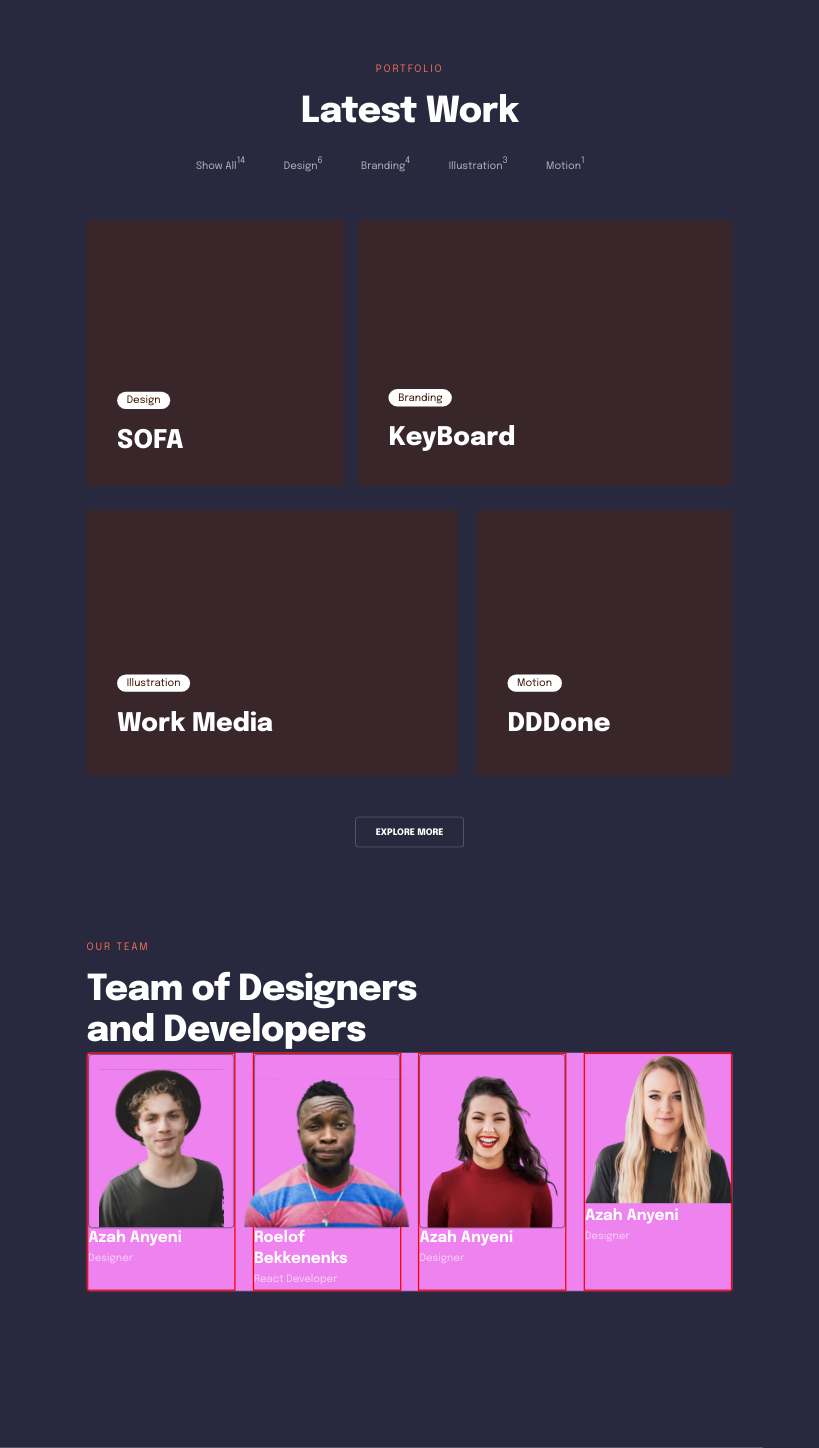
Repository: FidanXankishiyeva/figma-positions-task
Page: index.html
These files come from the project's save history. The page is drawn as it stood at one moment and after the next save; the edit follows.
The browser window is 1280 px wide. The pictures show the whole page, at 64% of full size.

Above is the page before, as saved 2023-08-10 13:48:32.

### index.html
<!DOCTYPE html>
<html lang="en">

<head>
    <meta charset="UTF-8">
    <meta name="viewport" content="width=device-width, initial-scale=1.0">
    <title>Document</title>
    <link rel="stylesheet" href="index.css">
</head>

<body>
    <div class="container">
        <div class="page-1">
            <div class="text-box">
                <h1>Portfolio</h1>
                <h2>Latest Work</h2>
            </div>
            <nav class="position-box">
                <ul>
                    <li>
                        <h1>Show All</h1>
                        <p>14</p>
                    </li>
                    <li>
                        <h1>Design</h1>
                        <p>6</p>
                    </li>
                    <li>
                        <h1>Branding</h1>
                        <p>4</p>
                    </li>
                    <li>
                        <h1>Illustration</h1>
                        <p>3</p>
                    </li>
                    <li>
                        <h1>Motion</h1>
                        <p>1</p>
                    </li>
                </ul>
            </nav>
            <div class="photo-box">
                <div class="sofa-box">
                    <img src="./photo/sofa.svg" alt="">
                    <div class="design-box">
                        <a href="#">Design</a>
                        <p>SOFA</p>

                    </div>
                </div>
                <div class="keyboard-box">
                    <img src="./photo/keyboard.svg" alt="">
                    <div class="branding-box">
                        <a href="#">Branding</a>
                        <p>KeyBoard</p>
                    </div>
                </div>
            </div>

            <div class="photo-box-2">
                <div class="work-media">
                    <img src="./photo/Work-Media.svg" alt="">
                    <div class="illustration-box">
                        <a href="#">Illustration</a>
                        <p>Work Media</p>
                    </div>
                </div>
                <div class="done-box">
                    <img src="./photo/done.svg" alt="">
                    <div class="motion-box">
                        <a href="#">Motion</a>
                        <p>DDDone</p>
                    </div>
                </div>
            </div>
            <button>
                Explore more
            </button>
        </div>
        <div class="page-2">
            <div class="text-box-2">
                <h3 >Our Team</h3>
                <h4>Team of Designers
                    and Developers</h4>
            </div>
            <div class="team-person">
                <ul>
                    <li>
                        <div>
                            <img src="./photo/azah.svg" alt="">
                        </div>
                        <h5>Azah Anyeni</h5>
                        <h6>Designer</h6>
                    </li>
                    <li>
                        <div>
                            <img src="./photo/roelof.svg" alt="">

                        </div>
                        <h5>Roelof Bekkenenks</h5>
                        <h6>React Developer</h6>
                    </li>
                    <li>
                        <div>
                            <img src="./photo/Bitmap.png" alt="">
                        </div>
                        <h5>Azah Anyeni</h5>
                        <h6>Designer</h6>
                    </li>
                    <li>
                        <img src="./photo/Bitmap (1).png" alt="">
                        <h5>Azah Anyeni</h5>
                        <h6>Designer</h6>
                    </li>
                </ul>
            </div>
        </div>
    </div>

</body>

</html>

### index.css
@import url("https://fonts.googleapis.com/css2?family=Epilogue:wght@400;700;800&display=swap");
* {
  margin: 0;
  padding: 0;
  box-sizing: border-box;
}

.container {
  width: 100%;
  background-color: #28293e;
}

.page-1 {
  padding: 92px 135px 0 135px;
}
.text-box h1 {
  margin-bottom: 20px;
  color: var(--text-light-accent, #ef6d58);
  text-align: center;
  font-feature-settings: "clig" off, "liga" off;
  font-family: Epilogue;
  font-size: 16px;
  font-style: normal;
  font-weight: 400;
  line-height: 32px;
  letter-spacing: 3px;
  text-transform: uppercase;
}

.text-box h2 {
  margin-bottom: 36px;
  color: var(--text-light, #fff);
  text-align: center;
  font-feature-settings: "clig" off, "liga" off;
  font-family: Epilogue;
  font-size: 56px;
  font-style: normal;
  font-weight: 800;
  line-height: 64px;
  letter-spacing: -1px;
}

.position-box ul {
  display: flex;
  justify-content: center;
}

.position-box ul li {
  list-style-type: none;
  margin-right: 60px;
  display: flex;
}

.position-box ul li h1 {
  color: var(--text-light-gray, rgba(255, 255, 255, 0.64));
  font-feature-settings: "clig" off, "liga" off;
  font-family: Epilogue;
  font-size: 16px;
  font-style: normal;
  font-weight: 400;
  line-height: 32px;
}

.position-box ul li p {
  color: var(--text-light-gray, rgba(255, 255, 255, 0.64));
  text-align: center;
  font-feature-settings: "clig" off, "liga" off;
  font-family: Epilogue;
  font-size: 14px;
  font-style: normal;
  font-weight: 400;
}

.photo-box {
  display: flex;
  justify-content: space-between;
  margin-top: 68px;
}

.sofa-box {
  width: 40%;
  position: relative;
}

.design-box {
  position: absolute;
  bottom: 51px;
  left: 48px;
  /* top: 50%;
    left: 50%;
    transform: translate(-50%, -50%); */
}

.sofa-box img {
  width: 100%;
  height: 416px;
  margin-right: 30px;
  border-radius: 6px;
  opacity: 0.3181;
  background: #5c2000;
}

.photo-box a {
  width: 84px;
  height: 38px;
  padding: 5px 15px;
  text-decoration: none;
  border-radius: 19px;
  background: #fff;
  color: var(--text-dark, #391400);
  font-feature-settings: "clig" off, "liga" off;
  font-family: Epilogue;
  font-size: 16px;
  font-style: normal;
  font-weight: 400;
  line-height: 32px;
}

.photo-box p {
  margin-top: 23px;
  color: var(--text-light, #fff);
  font-feature-settings: "clig" off, "liga" off;
  font-family: Epilogue;
  font-size: 40px;
  font-style: normal;
  font-weight: 800;
  line-height: 48px;
}

.keyboard-box {
  position: relative;
  width: 58%;
  height: 416px;
}

.keyboard-box img {
  width: 100%;
  height: 100%;
  border-radius: 6px;
  opacity: 0.3181;
  background: #5c2000;
}

.branding-box {
  position: absolute;
  bottom: 51px;
  left: 48px;
}

.photo-box-2 {
  display: flex;
  justify-content: space-between;
  margin-top: 32px;
}

.work-media {
  position: relative;
  margin-right: 30px;
  width: 58%;
  height: 416px;
}

.work-media img {
  width: 100%;
  height: 100%;
  border-radius: 6px;
  opacity: 0.3181;
  background: #5c2000;
}

.photo-box-2 a {
  padding: 5px 15px;
  border-radius: 19px;
  text-decoration: none;
  background: #fff;
  color: var(--text-dark, #391400);
  font-feature-settings: "clig" off, "liga" off;
  font-family: Epilogue;
  font-size: 16px;
  font-style: normal;
  font-weight: 400;
  line-height: 32px;
}

.photo-box-2 p {
  margin-top: 23px;
  color: var(--text-light, #fff);
  font-feature-settings: "clig" off, "liga" off;
  font-family: Epilogue;
  font-size: 40px;
  font-style: normal;
  font-weight: 800;
  line-height: 48px;
}

.illustration-box {
  position: absolute;
  top: 256px;
  left: 48px;
}

.done-box {
  position: relative;
  width: 40%;
  height: 416px;
}

.done-box img {
  width: 100%;
  height: 100%;

  border-radius: 6px;
  opacity: 0.3181;
  background: #5c2000;
}

.motion-box {
  position: absolute;
  top: 256px;
  left: 48px;
}

.box {
  position: absolute;
  top: 64px;
  left: 500px;
}

button {
  width: 170px;
  height: 48px;
  /* padding: 18px 31px; */
  margin: auto;
  margin-top: 64px;
  display: block;
  border-radius: 6px;
  border: 1px solid rgba(255, 255, 255, 0.3);
  background-color: #28293e;
  text-decoration: none;
  color: #fff;
  text-align: center;
  font-family: Epilogue;
  font-size: 14px;
  font-style: normal;
  font-weight: 900;
  line-height: normal;
  text-transform: uppercase;
}
/* page-2 design */
.page-2 {
  padding: 140px 135px 244px 135px;
}
.text-box-2 {
  width: 531px;
}
.text-box-2 h3 {
  color: var(--text-light-accent, #ef6d58);
  font-feature-settings: "clig" off, "liga" off;
  font-family: Epilogue;
  font-size: 16px;
  font-style: normal;
  font-weight: 400;
  line-height: 32px;
  letter-spacing: 3px;
  text-transform: uppercase;
}
.text-box-2 h4 {
  margin-top: 20px;
  color: var(--text-light, #fff);
  font-feature-settings: "clig" off, "liga" off;
  font-family: Epilogue;
  font-size: 56px;
  font-style: normal;
  font-weight: 800;
  line-height: 64px;
  letter-spacing: -1px;
}
.team-person ul {
  /* padding: 24px 37px 0px 37px; */
  display: flex;
  justify-content: space-between;
  border-radius: 6px;
  border: 1px solid #3a3c56;
  background-color: violet;
}
.team-person ul li {
  list-style-type: none;
  width: 23%;
  border: 2px solid red;
}
.team-person ul li div {
    height: 272px;
  border-radius: 6px;
  border: 1px solid #3a3c56;
  display: flex;
  justify-content: center;
  align-items: flex-end;
}
.team-person ul li:first-child img {
  width: 196px;
  height: 247px;
}
.team-person ul li:nth-child(2) img {
  width: 259px;
  height: 232px;
}

.team-person h5 {
  color: var(--text-light, #fff);
  font-feature-settings: "clig" off, "liga" off;
  font-family: Epilogue;
  font-size: 24px;
  font-style: normal;
  font-weight: 700;
  line-height: 32px;
}
.team-person h6 {
  color: var(--text-light-gray, rgba(255, 255, 255, 0.64));
  font-feature-settings: "clig" off, "liga" off;
  font-family: Epilogue;
  font-size: 16px;
  font-style: normal;
  font-weight: 400;
  line-height: 32px;
}

After the next save:
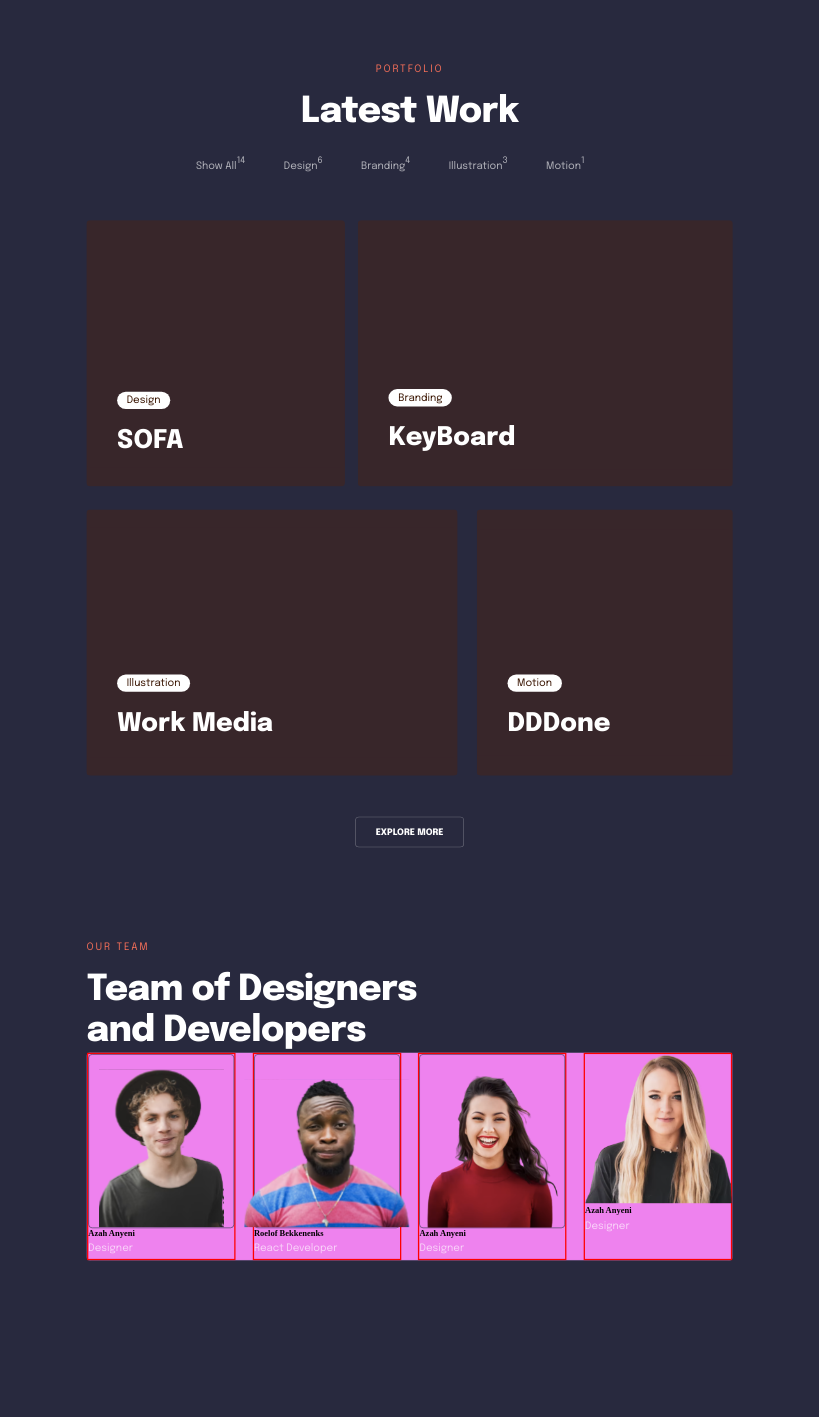
Saved 14 s later.
--- a/index.css
+++ b/index.css
@@ -305,6 +305,8 @@ button {
   height: 232px;
 }
 
+width: 205px;
+height: 238px;
 .team-person h5 {
   color: var(--text-light, #fff);
   font-feature-settings: "clig" off, "liga" off;
